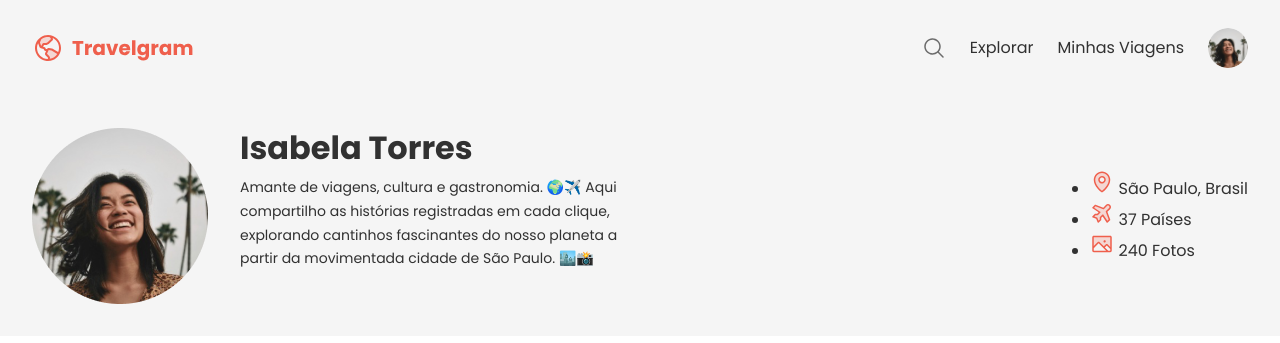
Repository: AbiezerSidonioJoseOdanacaJunior/projeto-travelgram
Page: index.html
An editor plug-in stored every save of this project. The page is shown before and after the next save, followed by the edit.
The browser window is 1280 px wide. The pictures show the whole page.
Some web fonts or font styles are not loaded; a fallback is used.

Above is the page before, as saved 2024-11-12 18:04:56.

After the next save:
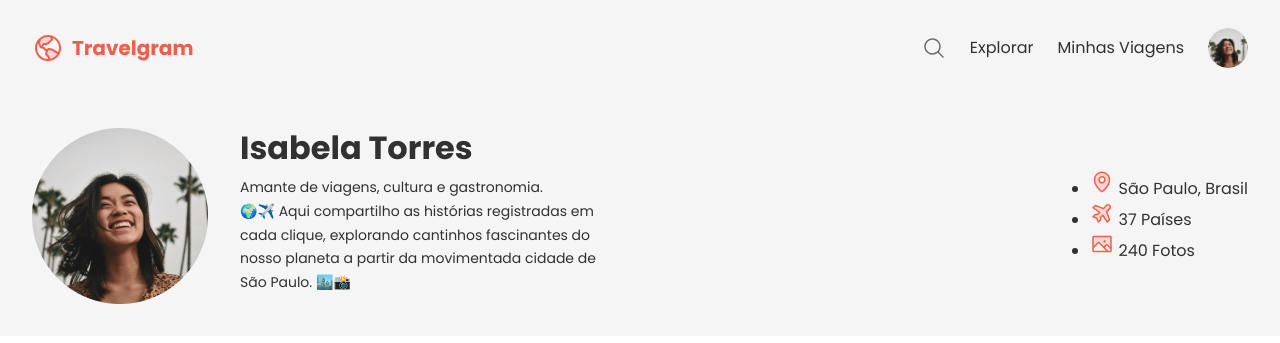
Saved 20 s later.
--- a/index.html
+++ b/index.html
@@ -32,7 +32,7 @@
                     <img src="/assets/Profile pic.png" alt="Imagem da Isabela 2">
                     <div>
                         <h1>Isabela Torres</h1>
-                        <p>Amante de viagens, cultura e gastronomia. 🌍✈️
+                        <p>Amante de viagens, cultura e gastronomia. <br> 🌍✈️
                             Aqui compartilho as histórias registradas em cada clique, explorando cantinhos fascinantes do nosso planeta a partir da movimentada cidade de São Paulo. 🏙️📸</p>
                     </div>
                 </div>
